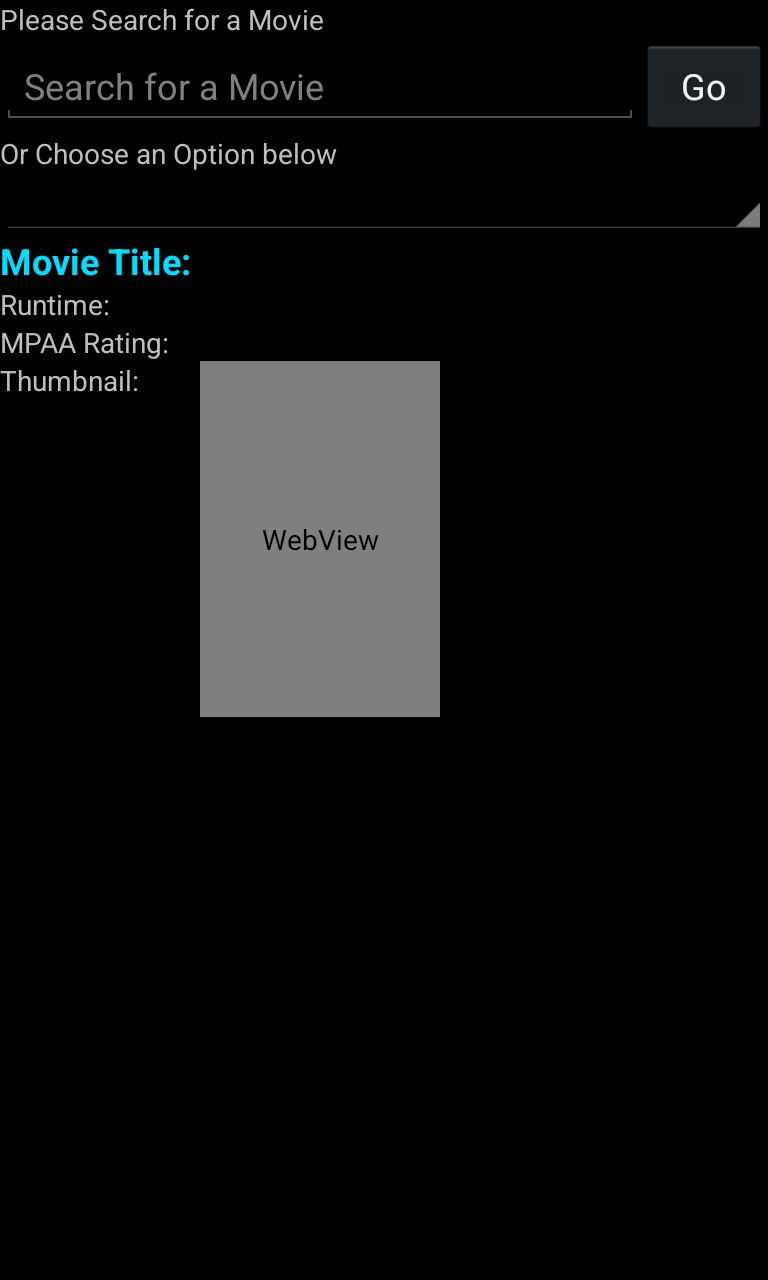
Repository: mikesmithjr/Java1
Layout: Week 4/MovieListing/res/layout/form.xml
The author's editor kept a copy of each file at every save. The layout is drawn from the files as they stood at one save, then again after the next save.
Pictures or frames that could not be fetched are drawn as grey boxes. It is drawn on a 768 x 1280 px phone screen (xhdpi) without system bars, with theme AppTheme; the app's code is not run.

Above is the layout before, as saved 2013-08-01 06:38:15.

After the next save:
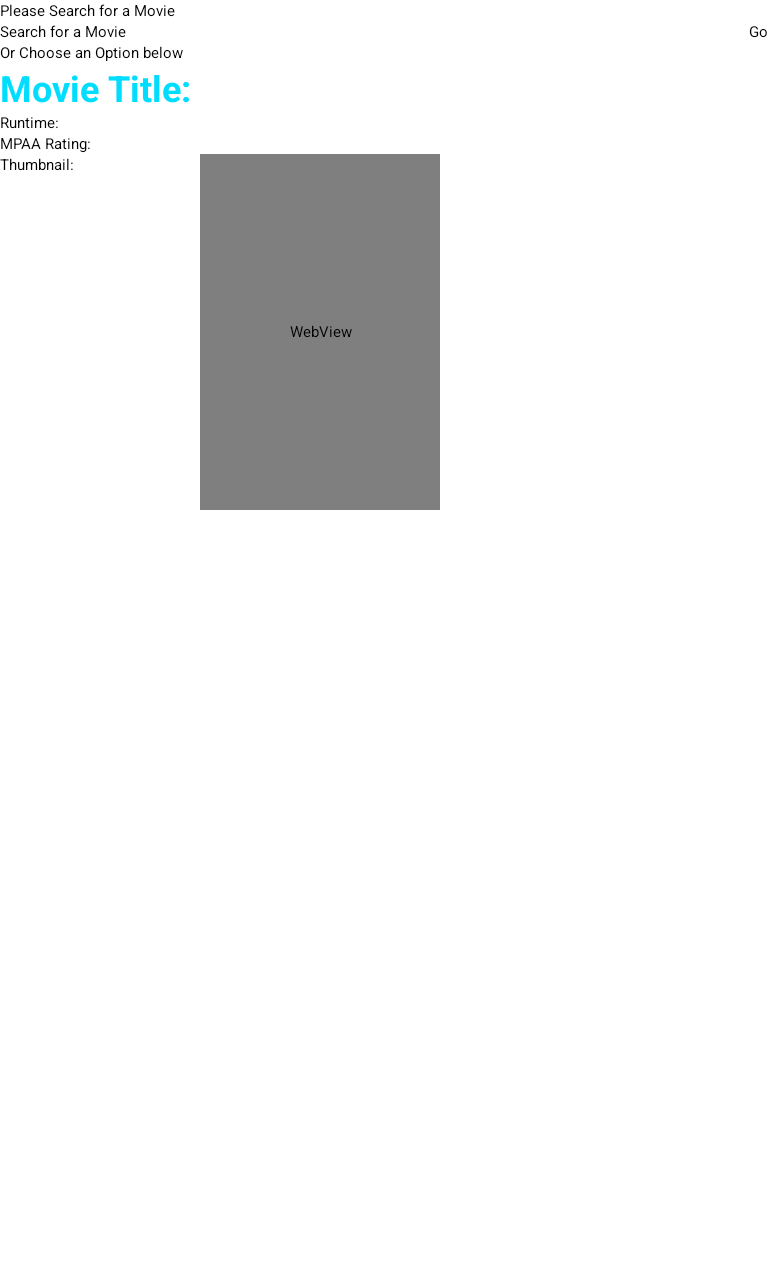
Saved 84 s later.
--- a/Week 4/MovieListing/res/values/styles.xml
+++ b/Week 4/MovieListing/res/values/styles.xml
@@ -1,6 +1,6 @@
 <resources xmlns:android="http://schemas.android.com/apk/res/android">
 
-       <style name="AppTheme" parent="android:Theme.Holo"></style>
+       <style name="AppTheme" parent="android:Theme.Holo_light"></style>
         <style name= "MovieLabel">
             <item name= "android:textStyle">bold</item>
             <item name= "android:textColor">@android:color/holo_blue_bright</item>
